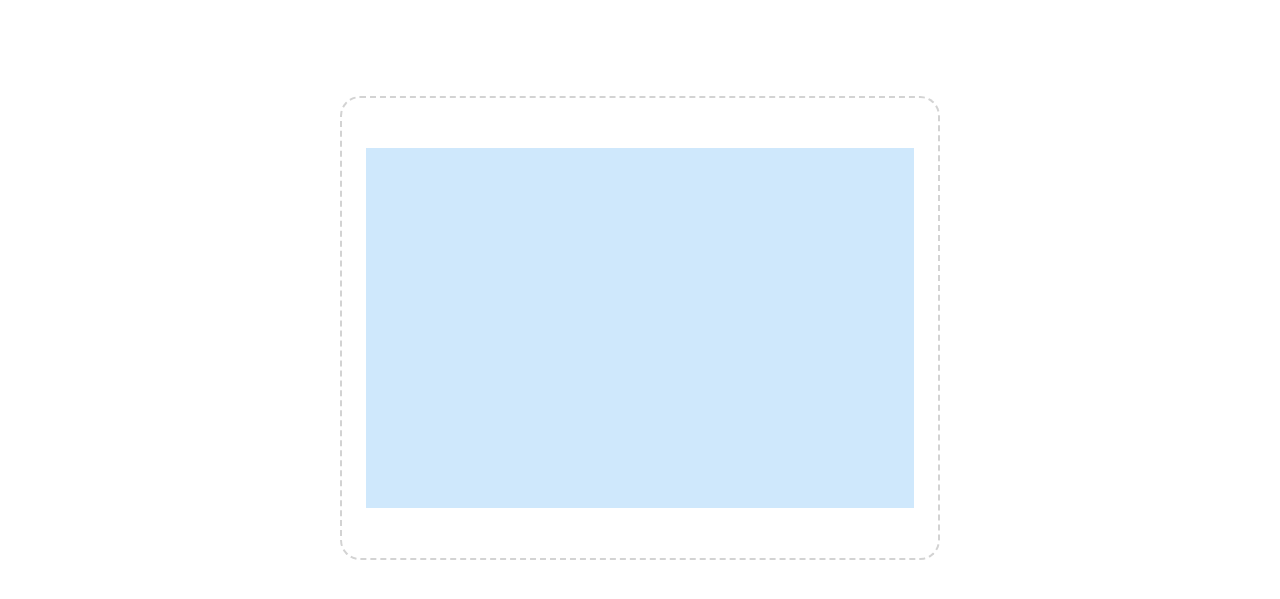
Repository: BhushanPatil-121/pdf-upload-nextjs
Page: /
The author's editor kept a copy of each file at every save. The page is drawn from the files as they stood at one save, then again after the next save.
The browser window is 1280 px wide. The pictures show the whole page.
The project was rebuilt for these pictures with package versions that can differ from the ones it lists, and the page was loaded fresh each time. The framework's server and built-in components were replaced by stand-ins that run in the browser. Also part of the build but not shown: next.config.mjs.

Above is the page before, as saved 2024-02-29 11:27:45.

After the next save:
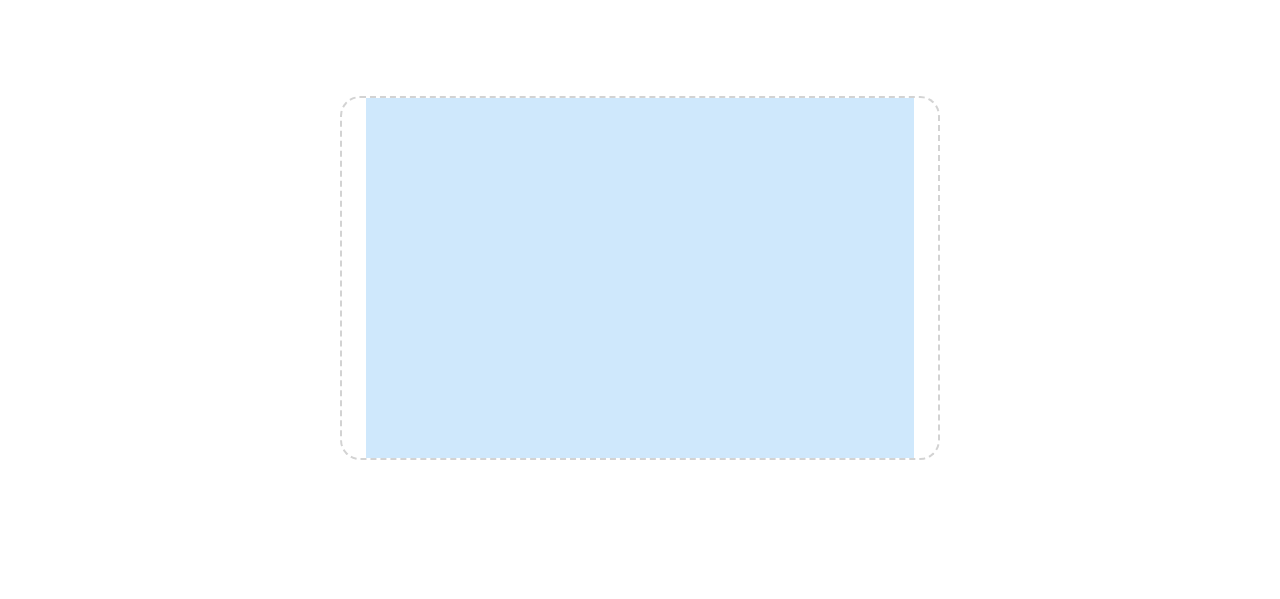
Saved 18 s later.
--- a/src/app/page.module.css
+++ b/src/app/page.module.css
@@ -9,11 +9,11 @@
 }
 
 .mainContainer {
-  display: flex;
+  /* display: flex;
   flex-direction: column;
   justify-content: center;
   align-items: center;
-  padding: 50px 100px;
+  padding: 50px 100px; */
   border-radius: 20px;
   border: dashed 2px lightgrey;
 }
